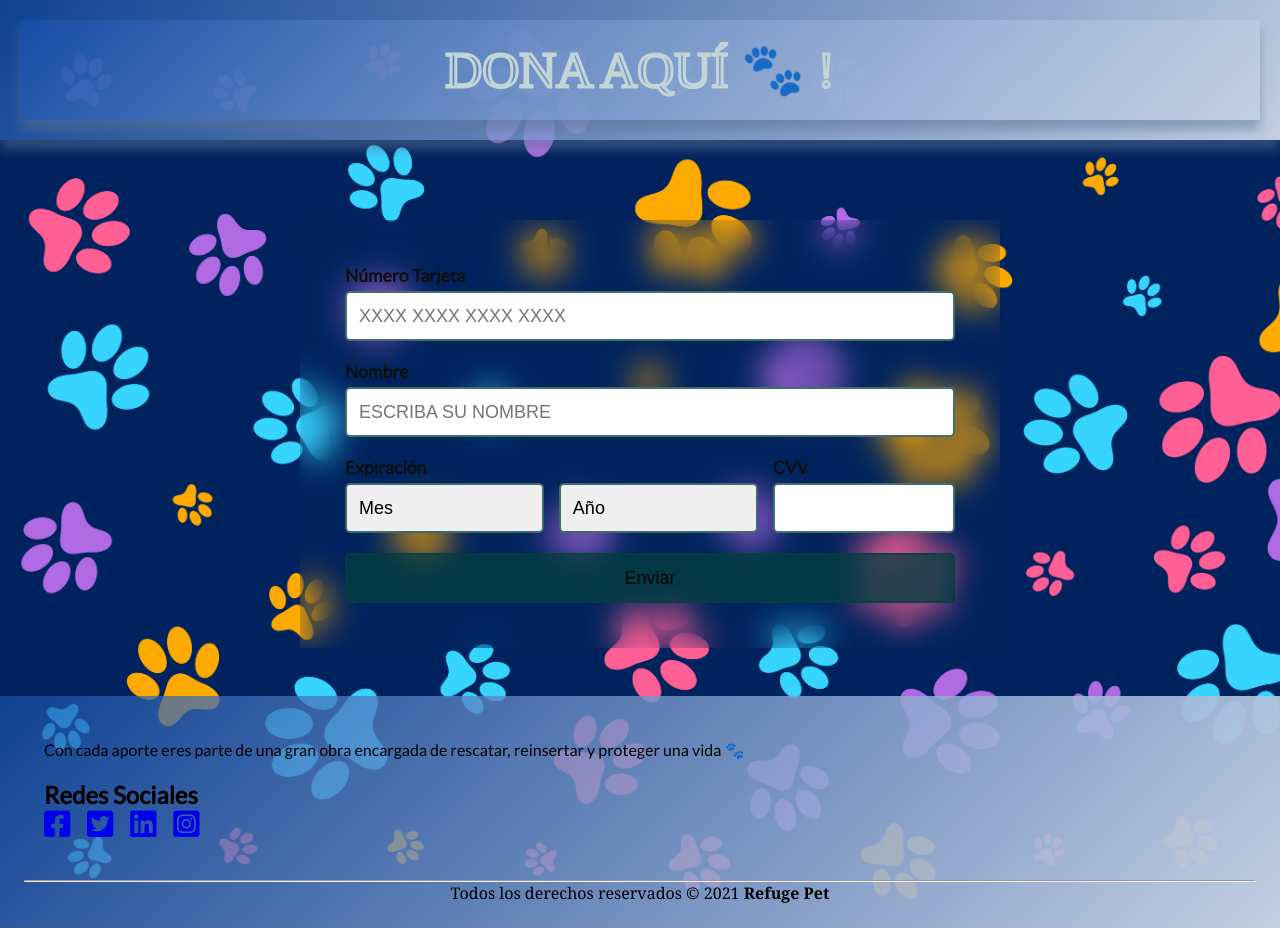
Repository: andreasvidal/SCL019-card-validation
Page: src/views/cardvalidation.html
An editor plug-in stored every save of this project. The page is shown before and after the next save, followed by the edit.
The browser window is 1280 px wide. The pictures show the whole page.
Some web fonts or font styles are not loaded; a fallback is used. Some web libraries are served in a nearby version.

Above is the page before, as saved 2022-04-13 10:10:41.

### src/views/cardvalidation.html
<!DOCTYPE html>
<html lang="en">

<head>
    <meta charset="UTF-8" />
    <meta http-equiv="X-UA-Compatible" content="IE=edge" />
    <meta name="viewport" content="width=device-width, initial-scale=1.0" />
    <link rel="preconnect" href="https://fonts.googleapis.com" />
    <link rel="preconnect" href="https://fonts.gstatic.com" crossorigin />
    <link href="https://fonts.googleapis.com/css2?family=Lato:ital,wght@0,400;1,700&display=swap" rel="stylesheet" />
    <link rel="preconnect" href="https://fonts.googleapis.com" />
    <link rel="preconnect" href="https://fonts.gstatic.com" crossorigin />
    <link href="https://fonts.googleapis.com/css2?family=Hurricane&family=Lato:ital,wght@1,700&display=swap" rel="stylesheet" />
    <link rel="stylesheet" href="https://use.fontawesome.com/releases/v5.8.1/css/all.css" integrity="sha384-50oBUHEmvpQ+1lW4y57PTFmhCaXp0ML5d60M1M7uH2+nqUivzIebhndOJK28anvf" crossorigin="anonymous" />
    <link rel="stylesheet" href="../css/formstyle.css" />
    <link rel="stylesheet" href="../css/style.css" />
    <title>Formulario</title>
</head>

<!--contenido principal formulario-->

<body>
    <div class="subtitle">
        <p class="subtitle">DONA AQUÍ 🐾 !</p>
    </div>
    <form id="formValidation" class="form-validation">
        <div class="bg-blur">
            <div class="data-card" id="dataForm">
                <label for="inputNumber">Número Tarjeta</label>
                <input type="text" id="inputNumber" name="number" maxlength="16" autocomplete="off" pattern="[0-9]+" placeholder="XXXX XXXX XXXX XXXX" required />
                <h5 id="print"></h5>
            </div>
            <div class="data-card">
                <label for="inputNameUser">Nombre </label>
                <input type="text" id="inputNameUser" name="nameUser" placeholder="Escriba su nombre" required />
                <h5 id="print"></h5>
            </div>
            <!--datos expiración tarjeta-->
            <div class="flexbox">
                <div class="data-card expider-date">
                    <label for="monthSelect">Expiración</label>
                    <div class="flexbox">
                        <div class="data-card-select">
                            <select name="monthSelect" id="monthSelect" required>
                <option disabled selected>Mes</option>
                <option value="1">1</option>
                <option value="2">2</option>
                <option value="3">3</option>
                <option value="4">4</option>
                <option value="5">5</option>
                <option value="6">6</option>
                <option value="7">7</option>
                <option value="8">8</option>
                <option value="9">9</option>
                <option value="10">10</option>
                <option value="11">11</option>
                <option value="12">12</option>
              </select>
                        </div>
                        <div class="data-card-select">
                            <select name="yearSelect" id="yearSelect" required>
                <option disabled selected>Año</option>
                <option value="2">2014</option>
                <option value="5">2015</option>
                <option value="6">2016</option>
                <option value="7">2017</option>
                <option value="8">2018</option>
                <option value="9">2019</option>
                <option value="10">2020</option>
                <option value="11">2021</option>
                <option value="12">2022</option>
              </select>
                        </div>
                    </div>
                </div>
                <div class="data-card ccv">
                    <label for="inputCcv">CVV</label>
                    <input type="text" id="inputCcv" name="inputCcv" maxlength="3" required />
                </div>
            </div>
            <button type="submit" value="sendForm" class="btn-send" id="sendForm">
        Enviar
      </button>
        </div>
    </form>
    <footer>
        <div class="container__footer">
            <div class="box__footer">
                <div class="terms">
                    <p>
                        Con cada aporte eres parte de una gran obra encargada de rescatar, reinsertar y proteger una vida 🐾
                    </p>
                </div>
            </div>
            <div class="box__footer">
                <h2>Redes Sociales</h2>
                <a href="#"> <i class="fab fa-facebook-square"></i></a>
                <a href="#"><i class="fab fa-twitter-square"></i></a>
                <a href="#"><i class="fab fa-linkedin"></i></a>
                <a href="#"><i class="fab fa-instagram-square"></i></a>
            </div>
        </div>
        <div class="box__copyright">
            <hr />
            <p>Todos los derechos reservados © 2021 <b>Refuge Pet</b></p>
        </div>
    </footer>
    <!-- jQuery-->
    <script src="https://ajax.googleapis.com/ajax/libs/jquery/3.6.0/jquery.min.js"></script>
    <!--materialize -->
    <!--JS-->
    <script src="../js/index.js" type="module"></script>
</body>

</html>

### src/css/formstyle.css
* {
    padding: 0;
    margin: 0;
    box-sizing: border-box;
}

body {
    font-family: 'Lato', 'sans-serif';
    background-image: url(../assets/img/fondopatas.jpg);
    background-size: cover;
    background-repeat: no-repeat;
}


/*estilos formulario validacion*/

.form-validation {
    color: beige;
    width: 100%;
    max-width: 700px;
    margin-left: 300px;
    border-radius: 10px;
    position: relative;
    top: 80px;
    z-index: 1;
}

.bg-blur {
    backdrop-filter: blur(1rem);
    width: 100%;
    padding: 45px;
}

.form-validation label {
    display: block;
    color: rgb(15, 15, 15);
    margin-bottom: 5px;
    font-size: 1.1rem;
    font-weight: 700;
}

.form-validation input,
.form-validation select,
.btn-send {
    border: 2px solid rgba(4, 63, 63, 0.753);
    font-size: 18px;
    height: 50px;
    width: 100%;
    padding: 5px 12px;
    border-radius: 5px;
}

.form-validation input:hover,
.form-validation select:hover {
    border: 2px solid rgb(23, 24, 24);
}

.form-validation input:focus,
.form-validation select:focus {
    outline: rgb(173, 182, 182);
    box-shadow: 0 8px 8px 0 rgba(32, 38, 46, 0.3);
}

.form-validation input {
    margin-bottom: 20px;
    text-transform: uppercase;
}

.form-validation .flexbox {
    display: flex;
    justify-content: space-between;
}

.form-validation .expider-date {
    width: 100%;
}

.form-validation .ccv {
    min-width: 10px;
}

.form-validation .data-card-select {
    width: 100%;
    margin-right: 15px;
    position: relative;
}

.form-validation select {
    -webkit-appearance: none;
}


/*backgrond btn enviar*/

.btn-send {
    background: rgba(4, 63, 63, 0.753);
    ;
}

.btn-send:hover {
    background-color: rgba(94, 126, 136, 0.651);
    cursor: pointer;
}

#print {
    color: rgb(38, 41, 41);
    font-size: 16px;
}


/*footer*/

.terms {
    height: 30px;
    margin-bottom: 50px;
}

footer {
    width: 100%;
    padding: 1.5rem;
    margin-top: 10%;
    background-size: cover;
    background-image: linear-gradient(135deg, #1650adad 0%, #c3cfe2 100%);
    box-shadow: 0 10px 10px 0 rgba(90, 116, 148, 0.3);
}

.box__footer {
    padding: 20px;
    height: 10px;
}

.fab {
    padding-right: 40px;
    width: 20px;
    height: 20px;
    font-size: 30px;
}

.box__copyright {
    padding-top: 5rem;
    text-align: center;
    font-family: Georgia, 'Times New Roman', Times, serif;
    font-size: 1rem;
}

### src/css/style.css
     * {
         padding: 0;
         margin: 0;
         box-sizing: border-box;
     }

     body {
         font-family: 'Lato', 'sans-serif';
         background-image: url(../assets/img/fondopatas.jpg);
     }
     /*estilo titulo*/

     .title-h1 {
         font-family: 'Raleway', sans-serif;
         text-decoration: underline overline wavy rgba(183, 0, 255, 0.514);
         padding: 40px 100px;
         color: rgb(74, 80, 80);
         display: flex;
         flex-direction: column;
         align-items: center;
         box-shadow: 0 10px 10px 0 rgba(90, 116, 148, 0.3);
         background-image: linear-gradient(135deg, #f5f7fa 0%, #c3cfe2 100%);
         font-size: 8vw;
     }

     .subtitle {
         font-family: 'Shadows Into Light', cursive;
         text-align: center;
         padding: 20px 20px;
         color: rgb(74, 80, 80);
         font-size: 4vw;
         -webkit-text-fill-color: transparent;
         -webkit-text-stroke: 3px rgb(195, 214, 214);
         background-image: linear-gradient(135deg, #1650adad 0%, #c3cfe2 100%);
         box-shadow: 0 10px 10px 0 rgba(90, 116, 148, 0.5);
     }

     .img-banner {
         display: flex;
         height: 500px;
         z-index: -1;
         flex-direction: row;
         margin-left: 50px;
         align-items: center;
         margin-bottom: -50px;
         border-radius: 15px;
     }
     /*contenedor tarjeta*/

     .container {
         width: 90%;
         max-width: 1000px;
         padding: 20px 60px;
         margin: auto;
         display: flex;
         /* deja los elementos en forma de columna*/
         flex-direction: column;
         /*align-items no sirve para centrar de forma vertical (se utiliza justify), se utiliza al cambiar la dirección con flex-direction*/
         align-items: center;
     }
     /*estilo tarjeta*/

     .card {
         padding-top: 30px;
         width: 100%;
         max-width: 550px;
         position: relative;
         color: rgb(37, 36, 36);
         cursor: pointer;
     }

     .card>div {
         padding: 30px;
         border-radius: 15px;
         min-height: 315px;
         display: flex;
         flex-direction: column;
         justify-content: space-between;
         box-shadow: 0 10px 10px 0 rgba(90, 116, 148, 0.822);
     }

     .style-card {
         width: 100%;
         background: url(../assets/img/background-card/bg-img-2.jpg);
         background-size: cover;
     }
     /*para mantener el espeacio de la imagen logo (contenedor vacio)*/

     .style-card .logo-card {
         text-align: right;
         min-height: 50px;
     }

     .style-card .logo-card img {
         width: 100%;
         height: 100%;
         object-fit: cover;
         max-width: 80px;
     }

     .style-card .chip-card {
         width: 100%;
         max-width: 50px;
         margin-bottom: 20px;
     }

     .style-card .form-group .card-label {
         font-size: 16px;
         color: rgb(115, 131, 131);
         margin-bottom: 5px;
     }

     .style-card .card-group .number-card,
     .style-card .card-group .name-card,
     .style-card .card-group .expider {
         /*color: rgb(74, 80, 80);*/
         font-size: 22px;
         text-transform: uppercase;
     }

     .style-card .flexbox {
         display: flex;
         justify-content: space-between;
         margin-top: 20px;
     }
     /*btn abrir formulario*/

     .btn-open {
         color: rgb(195, 214, 214);
         box-shadow: 0 10px 10px 0 rgba(90, 116, 148, 0.3);
         background: rgba(183, 0, 255, 0.514);
         width: 50px;
         height: 50px;
         margin-top: -10px;
         border-radius: 100%;
         z-index: 2;
     }

     .btn-open:hover {
         opacity: 0.50;
         -moz-opacity: .50;
         filter: alpha (opacity=50);
     }

     .btn-open {
         text-decoration: none;
         padding-top: 15px;
         text-align: center;
     }

### src/js/index.js
/*import validator from '../js/validator.js';

//Llamando al DOM

const btnForm = document.getElementById("sendForm");
const form = document.getElementById("#formValidation");
btnForm.addEventListener('click', function(e) {
    e.preventDefault();
    let creditCardNumber = document.getElementById('inputNumber').value;
    let maskified = validator.maskify(creditCardNumber);
    if (creditCardNumber === "") {
        return document.getElementById("print").innerHTML = "Reingrese su número de tarjeta sin espacios ni carácteres especiales";
    } else {
        return document.getElementById("print").innerHTML = "Tu tarjeta N° " + maskified + " es válida";
    }
})


// inputName solo letras, inputCcv y inputNumber  solo numeros
let inputNumber = document.getElementById('inputNumber');
let inputName = document.getElementById('inputNameUser');
let inputCcv = document.getElementById('inputCcv');

const onlyNum = /[^0-9]/g;
const onlypLet = /[^a-zA-ZÑñáéíóúÁÉÍÓÚ\s]*$/g;
inputNumber.addEventListener('input', function() {
    inputNumber.value = inputNumber.value.replace(onlyNum, '');
});
inputName.addEventListener('input', function() {
    inputName.value = inputName.value.replace(onlypLet, '');
});
inputCcv.addEventListener('input', function() {
    inputCcv.value = inputCcv.value.replace(onlyNum, '');
});

// mes y años
for (let i = 1; i <= 12; i++) {
    let optionDate = document.createElement('option');
    optionDate.value = i;
    optionDate.innerText = i;
    form.monthSelect.appendChild(optionDate);
}

// * Select del año generado dinamicamente.
const yearActual = new Date().getFullYear();
for (let i = yearActual; i <= yearActual + 8; i++) {
    let optionDate = document.createElement('option');
    optionDate.value = i;
    optionDate.innerText = i;
    optionDate.selectYear.appendChild(optionDate);
}*/

After the next save:
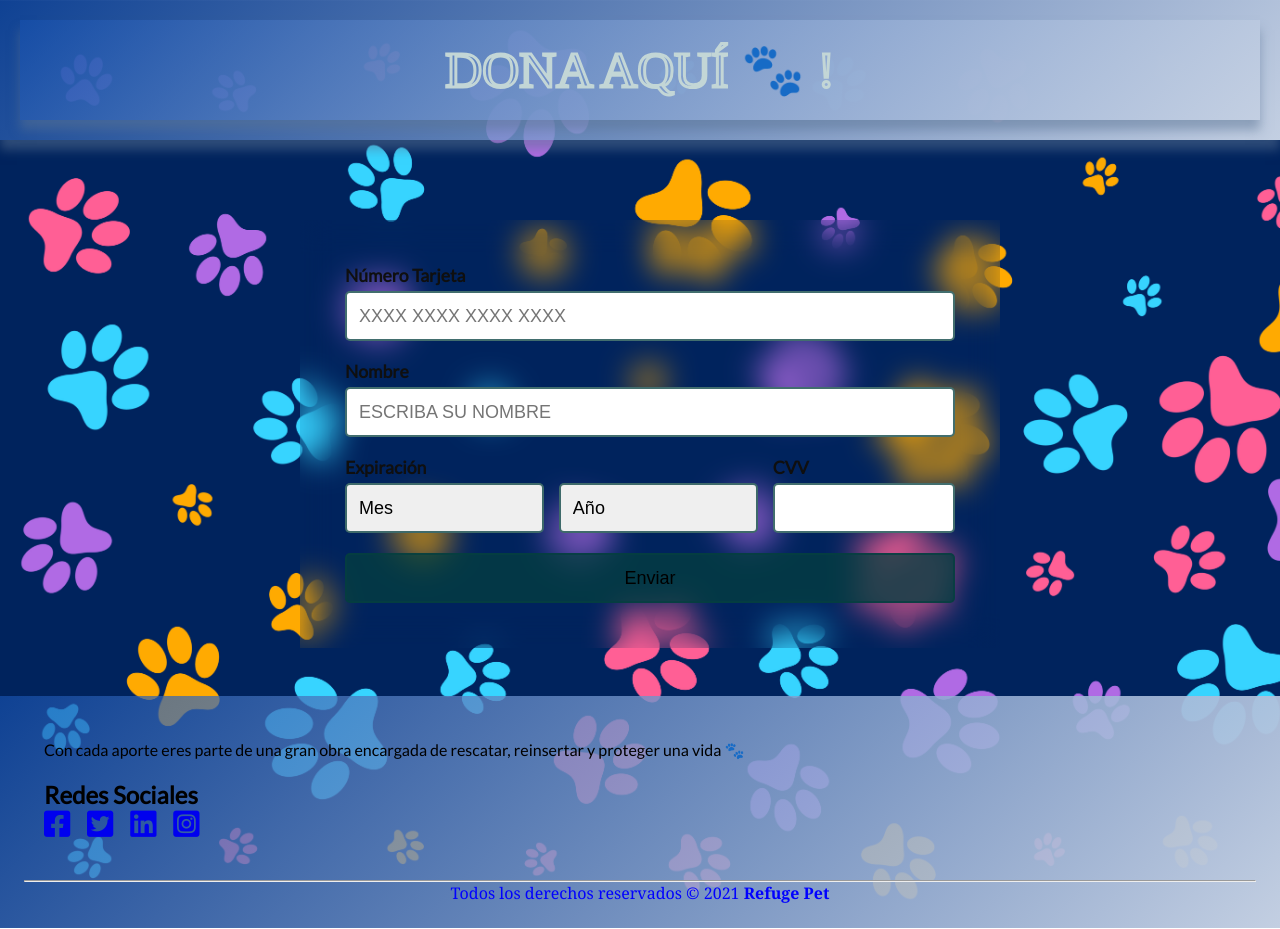
Saved 19 s later.
--- a/src/css/formstyle.css
+++ b/src/css/formstyle.css
@@ -141,4 +141,5 @@ footer {
     text-align: center;
     font-family: Georgia, 'Times New Roman', Times, serif;
     font-size: 1rem;
+    color: blue;
 }
